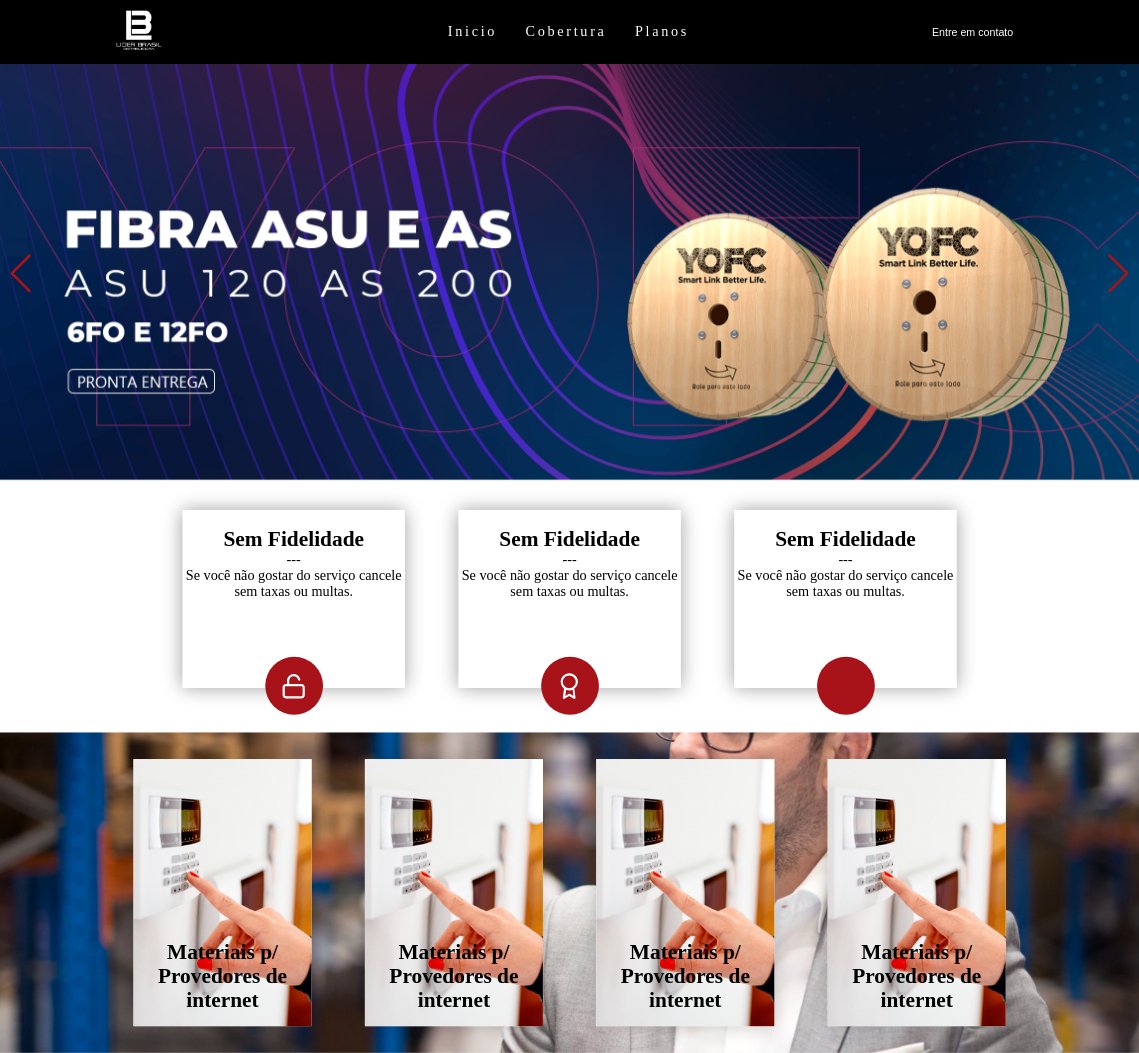
Repository: mateus-henrique-silva/Novo_institucional_lider
Page: index.html
The author's editor kept a copy of each file at every save. The page is drawn from the files as they stood at one save, then again after a run of saves.
The browser window is 1280 px wide. The pictures show the whole page, at 89% of full size.
Backgrounds fixed to the window are drawn as part of the page. Some web fonts or font styles are not loaded; a fallback is used.

Above is the page before, as saved 2022-09-06 10:11:13.
Console error: SyntaxError: Identifier 'MobileNavbar' has already been declared

### index.html
<!DOCTYPE html>
<html lang="en">
  <head>
    <meta charset="UTF-8" />
    <meta http-equiv="X-UA-Compatible" content="IE=edge" />
    <meta name="viewport" content="width=device-width, initial-scale=1.0" />
    <meta
      name="viewport"
      content="width=device-width, user-scalable=yes, initial-scale=1.0, maximum-scale=10, minimum-scale=1.0"
    />
    <link rel="stylesheet" href="./src/CSS/Global.css" />
    <link rel="stylesheet" href="./src/CSS/Header/style.css" />
    <link rel="stylesheet" href="./src/CSS/Main/style.css" />
    <link rel="stylesheet" href="./src/CSS/Main/Carousel/styles.css" />
    <link rel="stylesheet" href="./src/CSS/Main/Box/style.css" />
    <link rel="stylesheet" href="./src/CSS/Main/Products/style.css" />
    <link
      rel="stylesheet"
      href="https://unpkg.com/swiper@8/swiper-bundle.min.css"
    />

    <title>Líder Brasil</title>
  </head>
  <body>
    <header>
      <nav>
        <a class="logo"
          ><img src="./src/Assets/Logo/lb.png" width="50" alt=""
        /></a>
        <div class="mobile-menu">
          <div class="line1"></div>
          <div class="line2"></div>
          <div class="line3"></div>
        </div>
        <ul class="nav-list">
          <li><a href="#network index.html">Inicio</a></li>
          <li><a href="#map-container">Cobertura</a></li>
          <li><a href="#container">Planos</a></li>
        </ul>
        <ul>
          <li style="list-style: none; font-size: 10px">
            <a
              href="#"
              style="
                font-size: 12px;
                padding: 10px;
                font-family: arial;
                color: white;
              "
              onclick="openForm()"
              class="contact-header"
              >Entre em contato</a
            >
          </li>
        </ul>
      </nav>
    </header>
    <main>
      <section>
        <div class="swiper">
          <div class="swiper-wrapper">
            <div class="swiper-slide">
              <div class="project-img">
                <img
                  src="./src/Assets/img/carrossel/desktop/drop-desktop.png"
                  alt="Foto 01"
                />
              </div>
              <div class="project-img" id="mobile-img">
                <img
                  src="./src/Assets/img/carrossel/mobile/drop-mobile.png"
                  alt="Foto 03"
                />
              </div>
            </div>
            <div class="swiper-slide">
              <div class="project-img">
                <img
                  src="./src/Assets/img/carrossel/desktop/escada-desktop.png"
                  alt="Foto 01"
                />
              </div>
              <div class="project-img" id="mobile-img">
                <img
                  src="./src/Assets/img/carrossel/mobile/escada-mobile.png"
                  alt="Foto 03"
                />
              </div>
            </div>
            <div class="swiper-slide">
              <div class="project-img">
                <img src="./src/Assets/img/teste6.png" alt="Foto 01" />
              </div>
              <div class="project-img" id="mobile-img">
                <img src="./src/Assets/img/foto_03.png" alt="Foto 03" />
              </div>
            </div>
          </div>
          <div class="swiper-button-next"></div>
          <div class="swiper-button-prev"></div>
          <div class="swiper-pagination"></div>
        </div>
      </section>
      <section>
        <div class="section-box">
          <!-- card 1 -->

          <ul>
            <li class="box">
              <div class="box-inter">
                <h1>Sem Fidelidade</h1>
                <p>---</p>

                <p>
                  Se você não gostar do serviço cancele sem taxas ou multas.
                </p>
              </div>

              <div class="obj">
                <img
                  src="./src/Assets/img/icons/unlock.svg"
                  alt="arrowup"
                  srcset=""
                />
              </div>
            </li>
            <!-- card 2 -->
            <li class="box">
              <div class="box-inter">
                <h1>Sem Fidelidade</h1>
                <p>---</p>

                <p>
                  Se você não gostar do serviço cancele sem taxas ou multas.
                </p>
              </div>

              <div class="obj">
                <img
                  src="./src/Assets/img/icons/award.svg"
                  alt="arrowup"
                  srcset=""
                />
              </div>
            </li>
            <!-- card 3 -->
            <li class="box">
              <div class="box-inter">
                <h1>Sem Fidelidade</h1>
                <p>---</p>

                <p>
                  Se você não gostar do serviço cancele sem taxas ou multas.
                </p>
              </div>

              <div class="obj">
                <img
                  src="./src/Assets/img/icons/chevrons-up.svg"
                  alt="arrowup"
                  srcset=""
                />
              </div>
            </li>
          </ul>
        </div>
      </section>

      <section>
        <div class="background">
          <img
            class="img"
            src="./src/Assets/img/icons/aBlack.svg"
            alt=""
            srcset=""
          />

          <ul>
            <li>
              <div class="products">
                <button>text</button>
                <div>
                  <h2>Materiais p/ Provedores de internet</h2>
                </div>

              </div>
            </li>

            <li>
              <div class="products">
                <button>text</button>
                <div>
                  <h2>Materiais p/ Provedores de internet</h2>
                </div>

              </div>
            </li>

            <li>
              <div class="products">
                <button>text</button>
                <div>
                  <h2>Materiais p/ Provedores de internet</h2>
                </div>

              </div>
            </li>
            <li>
              <div class="products">
                <button>text</button>
                <div>
                  <h2>Materiais p/ Provedores de internet</h2>
                </div>

              </div>
            </li>
          </ul>
        </div>
      </section>
    </main>
    <footer></footer>
    <script src="https://unpkg.com/swiper@8/swiper-bundle.min.js"></script>
    <script src="./src/Scripts/Carousel/scripts.js"></script>
    <script src="./src/Scripts/Mobile/scripts.js"></script>
    <script src="./src/Scripts/Global.js"></script>
  </body>
</html>

### src/CSS/Global.css
@import url("https://fonts.googleapis.com/css2?family=Montserrat:ital,wght@0,100;0,200;0,300;0,400;0,500;0,600;0,700;0,800;0,900;1,100;1,200;1,300;1,400;1,500;1,600;1,700;1,800;1,900&family=Source+Serif+Pro:ital,wght@0,200;0,300;0,400;0,600;0,700;0,900;1,200;1,300;1,400;1,600;1,700;1,900&display=swap");

* {
  font-family: 'Source Serif Pro', serif;
  margin: 0;
  padding: 0;
  border: 0;

}


body{

}

### src/CSS/Header/style.css
header {
  width: 100%;
  background-color: black;
  margin-top: 0;
}
a {
  color: black;
  text-decoration: none;
  transition: 0.3s;
}

a:hover {
  opacity: 0.7;
}

.logo {
  align-items: center;
  width: 6%;

  text-transform: uppercase;
  letter-spacing: 4px;
}

.logo h1 {
  font-size: 12px;
}

nav {
  display: flex;
  z-index: 1;

  width: 100%;
  margin-top: 0;

  justify-content: space-around;
  align-items: center;
  background-color: black;
  height: 10vh;
}

.nav-list {
  text-align: center;
  justify-content: center;
  list-style: none;
  display: flex;
  z-index: 1;
}

.nav-list li {
  letter-spacing: 3px;
  margin-left: 32px;
}
.nav-list li a {
  color: white;
}
.nav-list li a:hover {
  color: #ff073b;
}

.mobile-menu {
  display: none;
  margin-left: 80px;
  cursor: pointer;
}

.mobile-menu div {
  transition: 0.3s;

  width: 32px;
  height: 2px;
  background: white;
  margin: 8px;
}

@media (max-width: 950px) {
  body {
    overflow-x: hidden;
  }

  .nav-list {
    position: absolute;
    top: 7vh;
    right: 0;
    width: 100vw;
    height: 100vh;
    background-color: white;
    flex-direction: column;
    color: white;
    /* align-items: center; */
    display: none;
    justify-content:flex-start;
    transition: 0.4s ease-in;
    /* justify-content: space-around; */
    transform: translateX(100%);
  }

  .nav-list li {
    margin-top:100px;
    margin-left: 0;
    opacity: 0;
  }

  .mobile-menu {
    display: block;
  }
  .contact-header {
    display: none;
  }

  .logo {
    margin-left:10px;
    width: 60%;
  }
}

.nav-list.active {
  transition: 0.3s;
  overflow-y: hidden;
  position: fixed;
  z-index: 10000;
  background-color: black;
  transform: translateX(0);
  display: flex;
}

.nav-list.active li {
  color: white!important;
  font-weight:bold;
}

.nav-list.active li {
  color: white;
}

@keyframes navLinkFade {
  from {
    opacity: 0;
    transform: translateX(50px);
  }

  to {
    opacity: 1;
    transform: translateX(0);
  }
}

.mobile-menu.active .line1 {
  transform: rotate(-45deg) translate(-8px, 8px);
}

.mobile-menu.active .line2 {
  opacity: 0;
}

.mobile-menu.active .line3 {
  transform: rotate(45deg) translate(-5px, -7px);
}

### src/CSS/Main/style.css
main{
    width: 100%;
    height: 100%;

    max-width: 100vw;
}


section{

    width: 100%;
    max-width: 100vw;
    height: 100%;
}


ul li {
    list-style: none;
}

### src/CSS/Main/Carousel/styles.css
.swiper {
    height: 100%!important;

  }

  .swiper-slide {
    text-align: center;
    display: flex;
    height: 100%!important;
    align-items: center;
    justify-content: center;
  }

  @media (max-width: 450px) {
    .swiper {
      height: 270px;
    }

    .project-img img{
      width: 100%;
      height: 100%!important;
    }
  }

  .project-img img{
    width: 100%;
    /* height: 80vh; */
  }



  .swiper-pagination-bullet{
    color: white !important;
    /* margin-top:-10px!important; */
    background-color:white !important;
  }

  /*
    largura => 3840
    Altura => 420

  */


  .swiper-button-next:after, .swiper-button-prev:after{
    color:#a71319 !important;
  }

  #mobile-img{
    display: none;
  }


  @media(max-width:999px){
    #mobile-img{
      display: block!important;
    }


    .project-img{
      display:none;
    }
  }


.menu{
  display:flex;
  flex-direction:column;
}

### src/CSS/Main/Box/style.css
.section-box {
  width: 100%;

  justify-content: center;
  align-items: center;
  display: flex;
}

.box {
  display: flex;
  flex-direction: column;
  /* justify-content: center; */

  justify-content: flex-end;
  align-items: center;
  height: 100%;
  margin: 30px;
  margin-bottom: 20px;
  /* width: 100%; */
  /* background-color: red; */
}

@media (max-width: 770px) {
  .section-box {
    width: 100%;
    justify-content: space-around;
    flex-direction: column;
    display: flex;
  }

  .box-inter {
    background-color: white;
    height: 100px;
    width: 200px;
    /* width: 100%; */
  }
}

@media (max-width: 480px) {
  .box-inter {
    height: 170px !important;
    width: 170px !important;
    /* width: 100%; */
  }

  .obj {
    height: 45px !important;

    margin-top: -35px;
    width: 45px !important;
  }

  .obj img {
    width: 20px !important;
  }
}

.box-inter {
  background-color: white;
  height: 200px;
  width: 250px;
  -webkit-box-shadow: 0px 0px 20px 0px rgba(0, 0, 0, 0.37);
  box-shadow: 0px 0px 20px 0px rgba(0, 0, 0, 0.37);
  display: flex;

  flex-direction: column;
  align-items: center;
  text-align: center;

  /* width: 100%; */
}

.box-inter h1 {
  margin-top: 20px;
  font-size: clamp(1em, 1em + 1vw, 1.5em);
}

.box p {
  font-size: clamp(1em, 1em + 0.5vw, 0.5em);
}
.obj {
  background-color: #a71319;
  height: 65px;

  border-radius: 50%;
  display: flex;
  align-items: center;
  justify-content: center;
  margin-top: -35px;
  width: 65px;
}

.obj img {
  width: 30px;
}

.section-box ul {
  display: flex;
  overflow-x: auto;
  width: 100%;
  justify-content: center;
  scroll-behavior: smooth;
}

.section-box .img-arrow {
  display: none;
}

@media (max-width: 600px) {
  .section-box .img-arrow {
    display: flex;
    justify-content: flex-end;

    animation: mymove 0.8s infinite;
  }
  .section-box ul {
    display: flex;
    overflow-x: auto;
    width: 100%;
    justify-content: flex-start;
    scroll-behavior: smooth;
  }
  @keyframes mymove {
    from {
      left: 280px;
    }
    to {
      left: 300px;
    }
  }
}

### src/CSS/Main/Products/style.css
.background {
  width: 100%;
  background: url("../../../Assets/img/Background/medio.jpg") no-repeat center
    fixed;
  height: 100%;
  display: flex;
  justify-content: space-around;
  justify-content: center;
  align-items: center;
}
.background ul {
  display: flex;
  overflow-x: auto;
  overflow-y: hidden;
  scroll-behavior: smooth;
  /* width: 100px; */
}
.background img {
  display: none;
}

.background ul li .products .img {
  display: flex;
}

.products {
  margin: 30px;
  background: url("../../../Assets/img/Background/products/alarme.png")
    no-repeat center;
  background-size: 100%;
  justify-content: flex-end;
  height: 300px;
  width: 200px;
  -webkit-box-shadow: 0px 0px 20px 0px rgba(0, 0, 0, 0.2) !important;
  box-shadow: 0px 0px 20px 0px rgba(0, 0, 0, 0.2) !important;
  background-color: white;
  display: flex;
  text-align: center;
  flex-direction: column;
  align-items: center;
  box-sizing: border-box;
}

.products div h2 {
  margin-bottom: 15px;
}
.products:hover {
  justify-content:center;

}
.products:hover div h2{
  display:none;
}
@media (max-width: 600px) {
  .background .img {
    position: absolute;
    margin-top: 170px;
    display: flex;
    justify-content: flex-end;
    animation: mymove 0.8s infinite;
  }

  @keyframes mymove {
    from {
      left: 280px;
    }
    to {
      left: 300px;
    }
  }
}

.products button {
  background-color: black;
  display: none;
  color: white;
  cursor: pointer;
  padding: 8px 25px 8px;
}

.products:hover button {
  background-color: black;
  display: flex;

  color: white;
  cursor: pointer;
  padding: 8px 25px 8px;
}

### src/Scripts/Mobile/scripts.js
class MobileNavbar{


    constructor(mobileMenu, navList, navLinks){
        this.mobileMenu = document.querySelector(mobileMenu);
        this.navList = document.querySelector(navList);
        this.navLinks = document.querySelectorAll(navLinks);
        this.activeClass = "active";
        this.hadleClick =  this.hadleClick.bind(this);


    }

    animateLinks(){
        this.navLinks.forEach((link, index)=>{

            var calc = index/7+0.3;


            link.style.animation
            ?(link.style.animation="")
            :(link.style.animation= `navLinkFade 0.5s ease forwards ${calc}s`);


        });


    }


    hadleClick(){


        this.navList.classList.toggle(this.activeClass);
        this.mobileMenu.classList.toggle(this.activeClass);
        this.animateLinks();
    }

    addClickEvent(){
        this.mobileMenu.addEventListener("click", this.hadleClick);


    }

    init(){

        if(this.mobileMenu){

            this.addClickEvent();
        }
        return this;
    }
    }



    const mobileNavbar = new MobileNavbar(

        ".mobile-menu",

        ".nav-list",

        ".nav-list li",


        );


    mobileNavbar.init();

### src/Scripts/Global.js
document.onmousedown=disableclick;
function disableclick(event)
{
  if(event.button==2)
   {
     return false;
   }
}

### src/Assets/img/icons/award.svg
<?xml version="1.0" encoding="utf-8"?>
<!-- Generator: Adobe Illustrator 24.0.1, SVG Export Plug-In . SVG Version: 6.00 Build 0)  -->
<svg version="1.1" id="Camada_1" xmlns="http://www.w3.org/2000/svg" xmlns:xlink="http://www.w3.org/1999/xlink" x="0px" y="0px"
	 viewBox="0 0 24 24" style="enable-background:new 0 0 24 24;" xml:space="preserve">
<style type="text/css">
	.st0{fill:#FFFFFF;}
</style>
<path class="st0" d="M19.5,8.1c0-4.3-3.5-7.7-7.7-7.7S4,3.9,4,8.1c0,2.5,1.2,4.7,3,6.1l-1.1,8.3c0,0.4,0.1,0.7,0.4,0.9
	c0.3,0.2,0.7,0.2,1,0l4.3-2.6l4.3,2.6c0.2,0.1,0.3,0.1,0.5,0.1c0.2,0,0.4-0.1,0.5-0.2c0.3-0.2,0.5-0.6,0.4-0.9l-1.1-8.3
	C18.3,12.8,19.5,10.6,19.5,8.1z M5.9,8.1c0-3.2,2.6-5.8,5.8-5.8s5.8,2.6,5.8,5.8s-2.6,5.8-5.8,5.8S5.9,11.3,5.9,8.1z M15.4,20.8
	l-3.1-1.9c-0.3-0.2-0.7-0.2-1,0l-3.1,1.9l0.7-5.5c0.9,0.4,1.9,0.6,2.9,0.6c1,0,2-0.2,2.9-0.6L15.4,20.8z"/>
</svg>

### src/Assets/img/icons/chevrons-up.svg
<svg xmlns="http://www.w3.org/2000/svg" width="24" height="24" viewBox="0 0 24 24" fill="none" stroke="" stroke-width="2" stroke-linecap="round" stroke-linejoin="round" class="feather feather-chevrons-up"><polyline points="17 11 12 6 7 11"></polyline><polyline points="17 18 12 13 7 18" color="white"></polyline></svg>

After the next 2 saves:
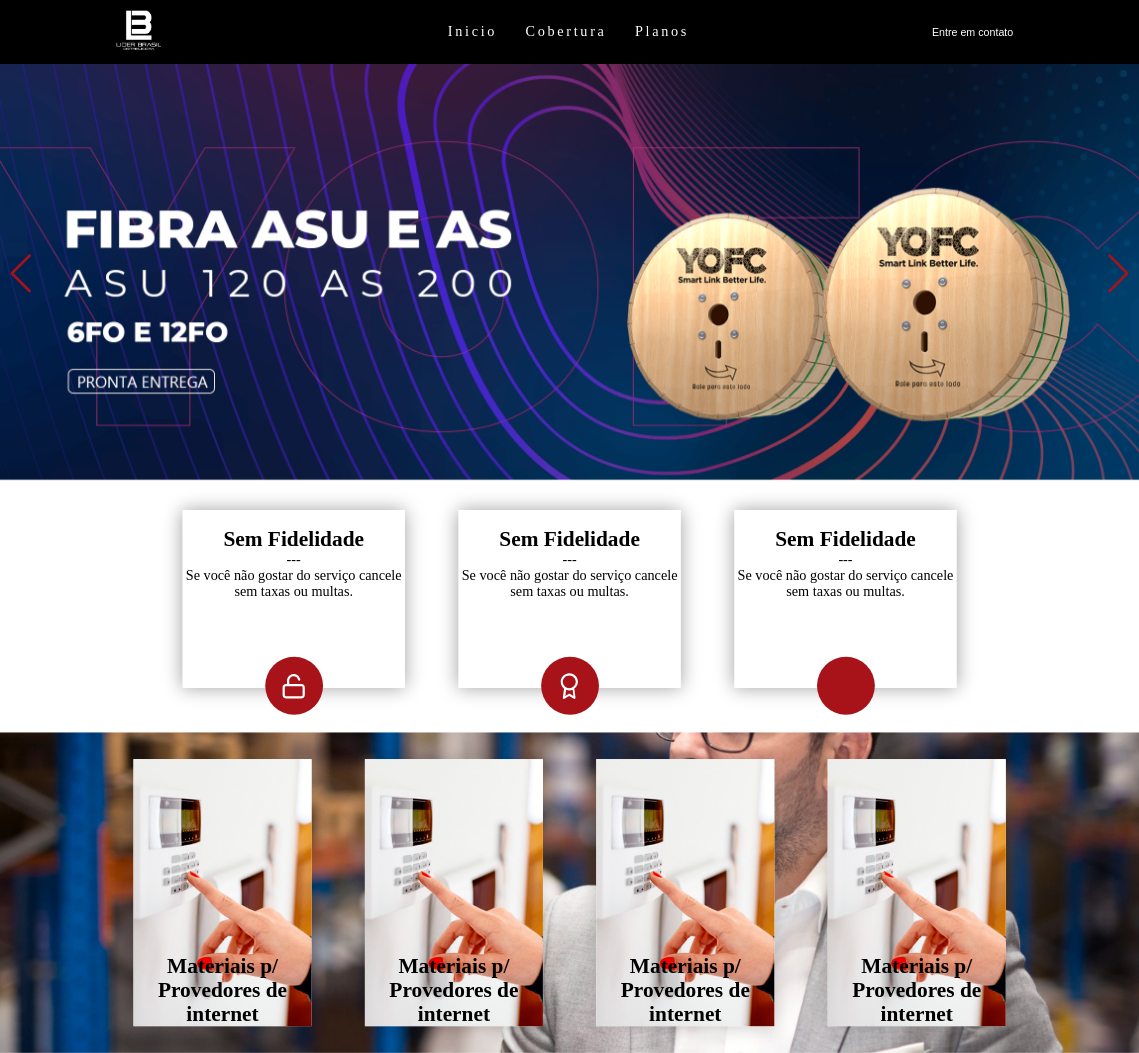
The 2 saves are shown as one change because they came seconds apart.
The last was saved 10 s later.
--- a/src/CSS/Main/Products/style.css
+++ b/src/CSS/Main/Products/style.css
@@ -40,7 +40,7 @@
   align-items: center;
   box-sizing: border-box;
 }
-
+.products butt
 .products div h2 {
   margin-bottom: 15px;
 }

After the 3 saves that followed:
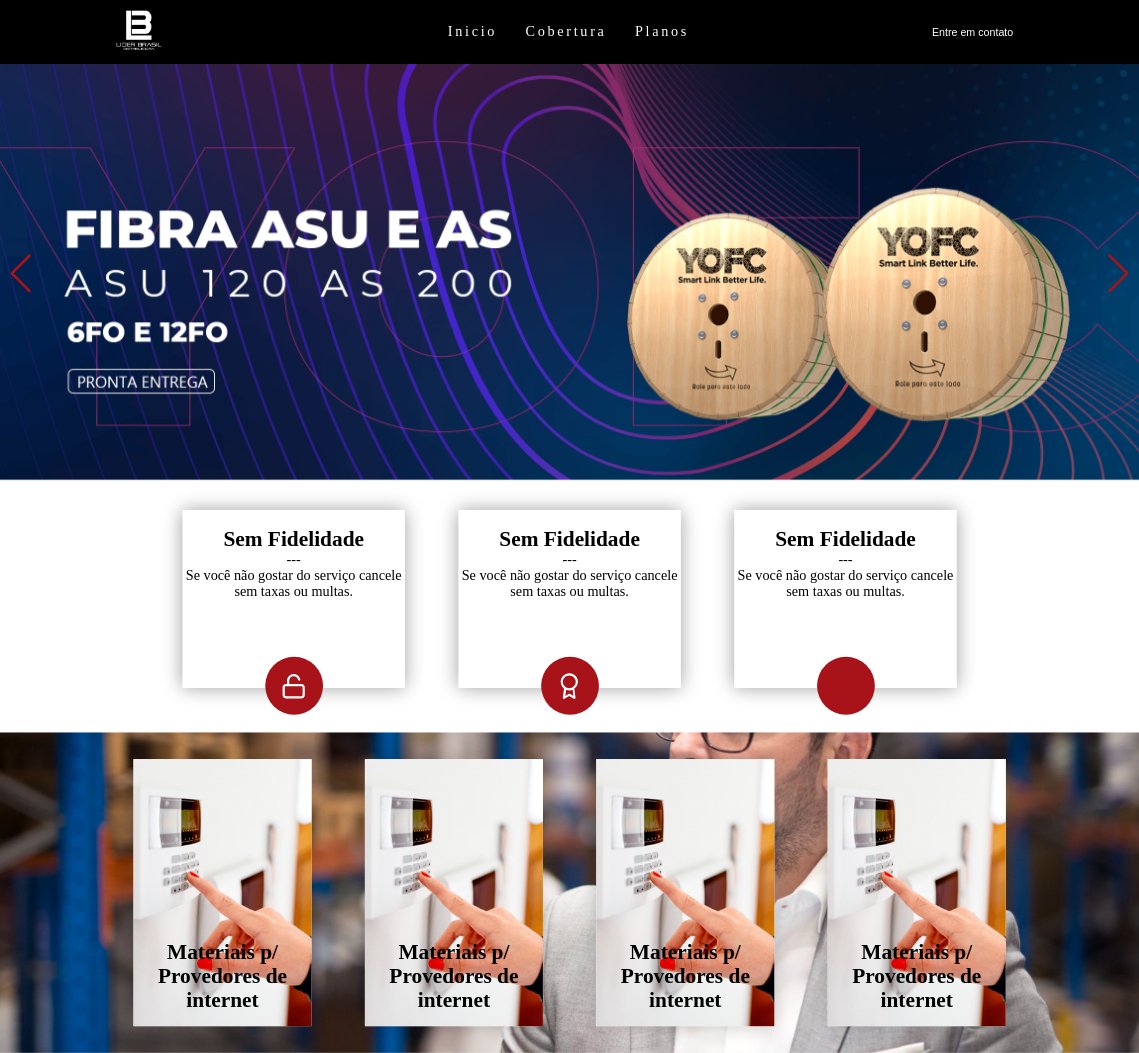
The 3 saves are shown as one change because they came seconds apart.
The last was saved 11 s later.
--- a/src/CSS/Main/Products/style.css
+++ b/src/CSS/Main/Products/style.css
@@ -39,8 +39,9 @@
   flex-direction: column;
   align-items: center;
   box-sizing: border-box;
+  transition:
 }
-.products butt
+
 .products div h2 {
   margin-bottom: 15px;
 }
